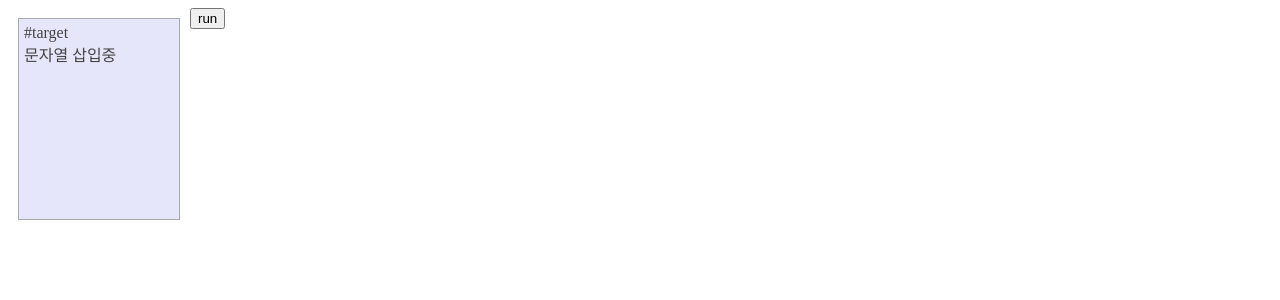
Repository: silenttemplar/java_start_project
Page: hansung_ee_2014/hansung_jquery_exercise/WebContent/12. Delay Append.html
An editor plug-in stored every save of this project. The page is shown before and after the next save, followed by the edit.
The browser window is 1280 px wide. The pictures show the whole page.
After loading, the first visible `input` was clicked once.

Above is the page before, as saved 2014-08-27 08:26:50.

### hansung_ee_2014/hansung_jquery_exercise/WebContent/12. Delay Append.html
<html>
<head>
<meta charset="utf-8">
<title>Delay Append</title>
<script src="./jquery-2.1.0.min.js"></script>
<script type="text/javascript">
	/**
	 * 대상 : div
	 * 기능 : 일정 시간 경과 후 문자열 삽입
	 * 함수 : setTimeout(), append() or text() or html()
	 */

	 /*
	 * append : 문자열 삽입
	 * text : 문자열 대체
	 * html : tag 인식가능한 문자열로 삽입
	 */
	function run() {
		 setTimeout( function(){
			 $("#target").append("문자열 삽입중 \n");
		 },1000);
	}
</script>

</head>

<body>
	<div id="target"
		style="color: rgb(68, 68, 68); width: 150px; height: 190px; float: left; border: 1px solid rgb(170, 170, 170); background-color: rgb(230, 230, 250); margin: 10px; padding: 5px; background-position: initial initial; background-repeat: initial initial;">
		#target<br>
	</div>
	<input type="button" value="run" onclick="run()" />
</body>
</html>

Loaded but not shown: hansung_ee_2014/hansung_jquery_exercise/WebContent/jquery-2.1.0.min.js (library)

After the next save:
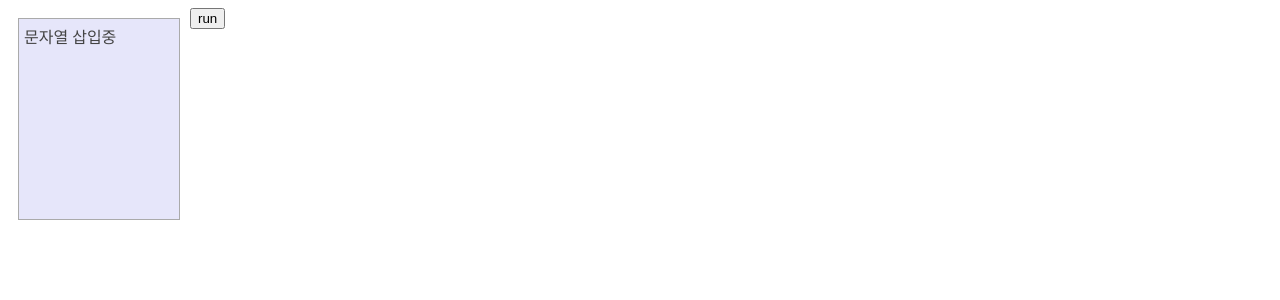
Saved 7 s later.
--- a/hansung_ee_2014/hansung_jquery_exercise/WebContent/12. Delay Append.html
+++ b/hansung_ee_2014/hansung_jquery_exercise/WebContent/12. Delay Append.html
@@ -17,7 +17,7 @@
 	 */
 	function run() {
 		 setTimeout( function(){
-			 $("#target").append("문자열 삽입중 \n");
+			 $("#target").text("문자열 삽입중 \n");
 		 },1000);
 	}
 </script>
